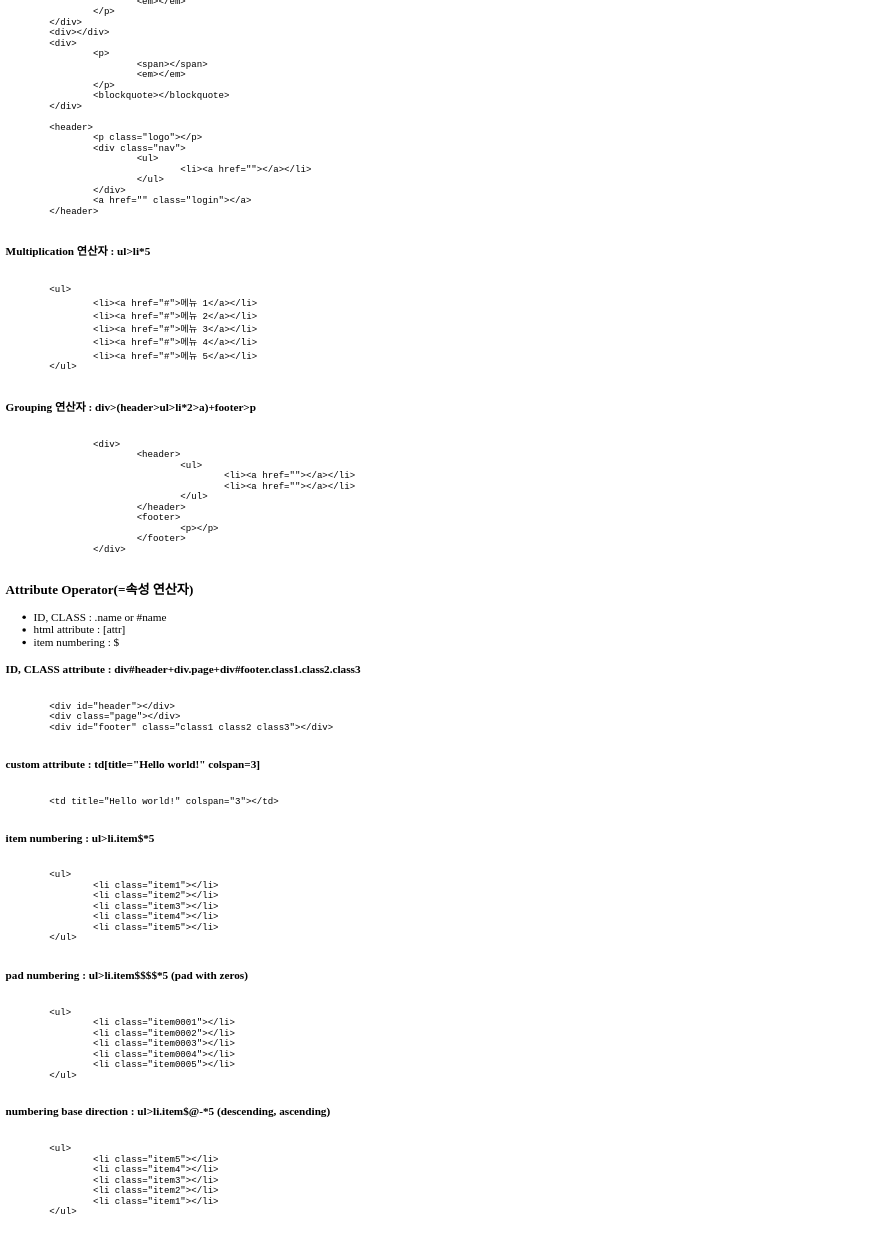
Repository: sbn121/WebUi
Page: Workspace/CloneCoding1/src/main/webapp/emmet-syntax.html
An editor plug-in stored every save of this project. The page is shown before and after the next save, followed by the edit.
The browser window is 1280 px wide. The pictures show the part of the page from y = 719 to 2639 px (the page is 2485 px tall before and 2639 px after), at 70% of full size.

Above is the page before, as saved 2023-05-30 07:42:58.

After the next save:
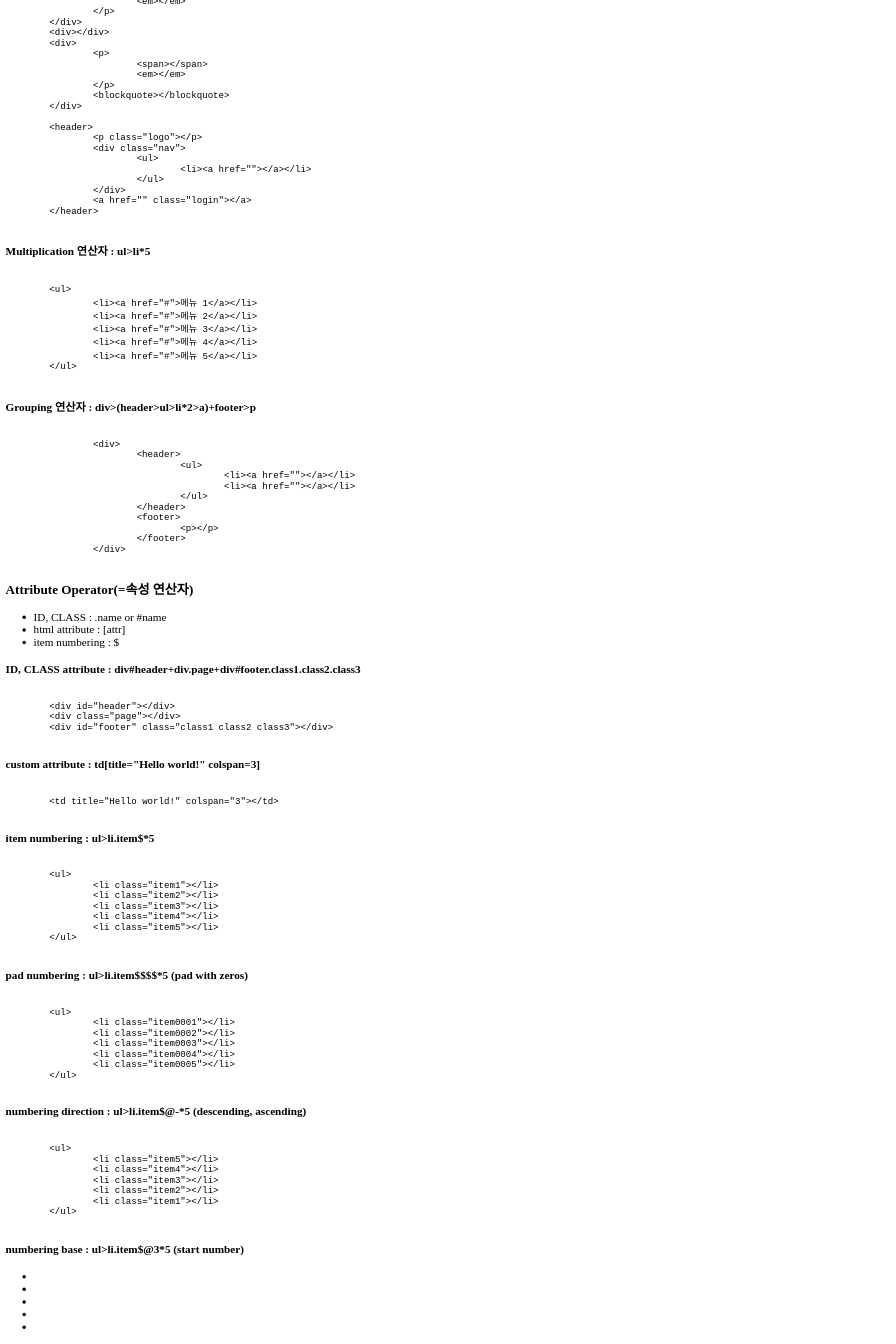
Saved 91 s later.
--- a/Workspace/CloneCoding1/src/main/webapp/emmet-syntax.html
+++ b/Workspace/CloneCoding1/src/main/webapp/emmet-syntax.html
@@ -132,7 +132,7 @@
 	</ul>
 	</xmp>
 
-	<h4>numbering base direction : ul>li.item$@-*5 (descending, ascending)</h4>
+	<h4>numbering direction : ul>li.item$@-*5 (descending, ascending)</h4>
 	<xmp>
 	<ul>
 		<li class="item5"></li>
@@ -143,8 +143,14 @@
 	</ul>
 	</xmp>
 
-
-
+	<h4>numbering base : ul>li.item$@3*5 (start number)</h4>
+	<ul>
+		<li class="item3"></li>
+		<li class="item4"></li>
+		<li class="item5"></li>
+		<li class="item6"></li>
+		<li class="item7"></li>
+	</ul>
 
 
 </body>
